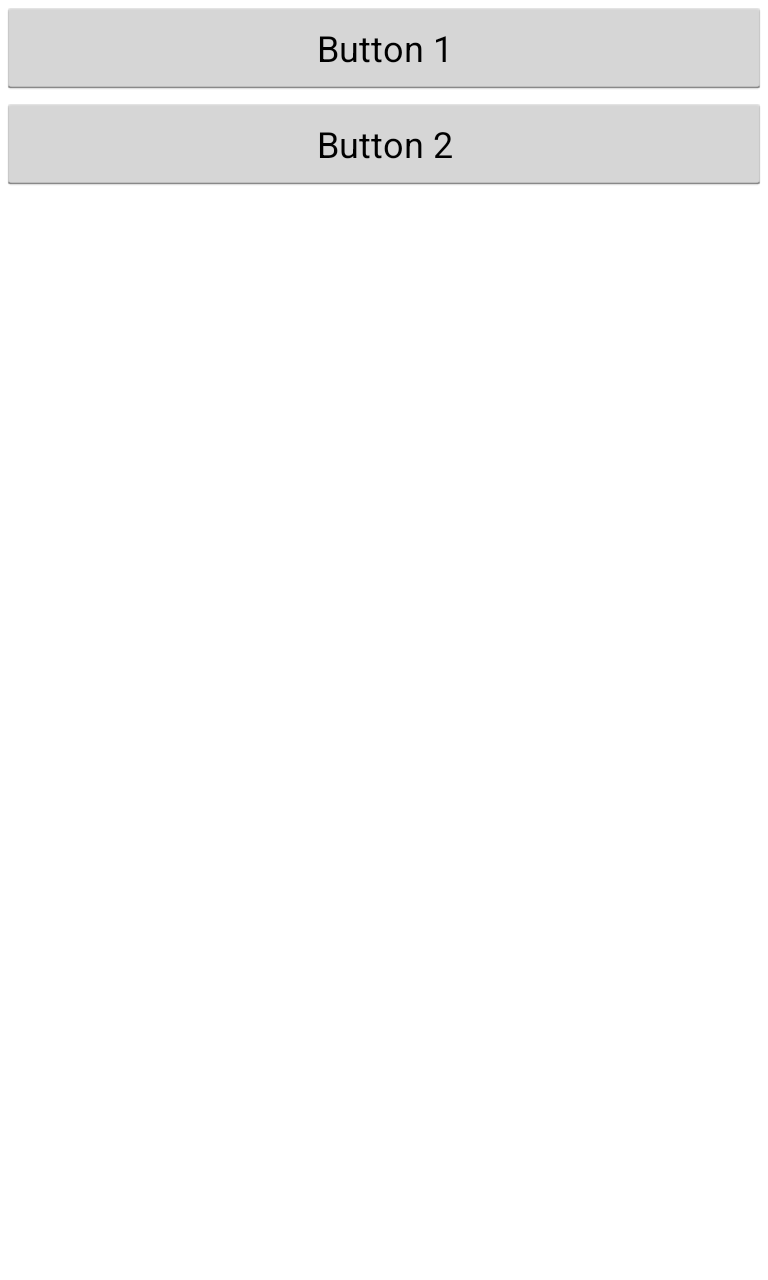
Repository: Lijianhao1995/Android
Layout: ActivityTest/res/layout/first_layout.xml
The author's editor kept a copy of each file at every save. The layout is drawn from the files as they stood at one save, then again after the next save.
It is drawn on a 768 x 1280 px phone screen (xhdpi) without system bars, with theme AppTheme; the app's code is not run.

Above is the layout before, as saved 2015-04-26 07:37:08.

After the next save:
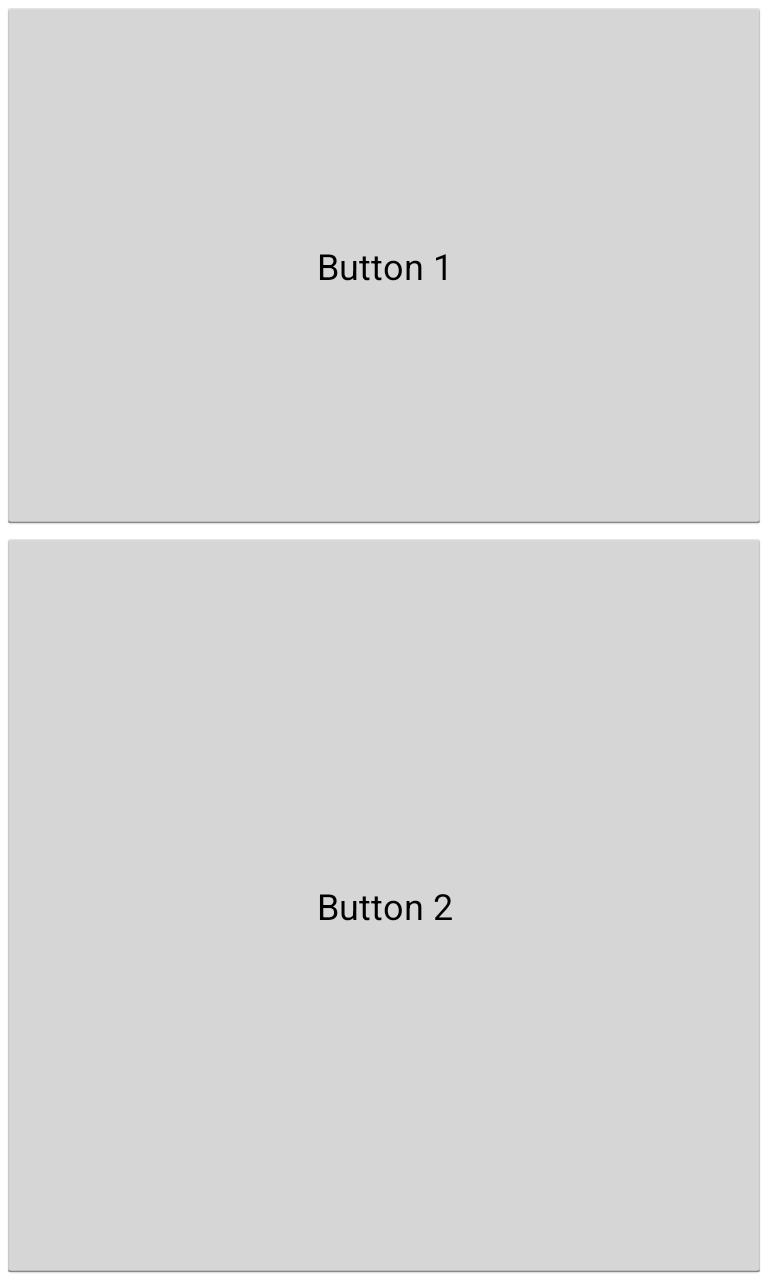
Saved 35 s later.
--- a/ActivityTest/res/layout/first_layout.xml
+++ b/ActivityTest/res/layout/first_layout.xml
@@ -9,12 +9,15 @@
         android:id="@+id/button_1"
         android:layout_width="match_parent"
         android:layout_height="wrap_content"
+        android:layout_weight="2"
         android:text="Button 1"
         />
     <Button
         android:id="@+id/button_2"
         android:layout_width="match_parent"
         android:layout_height="wrap_content"
+        android:layout_weight="3"
+
         android:text="Button 2"
         />
 
